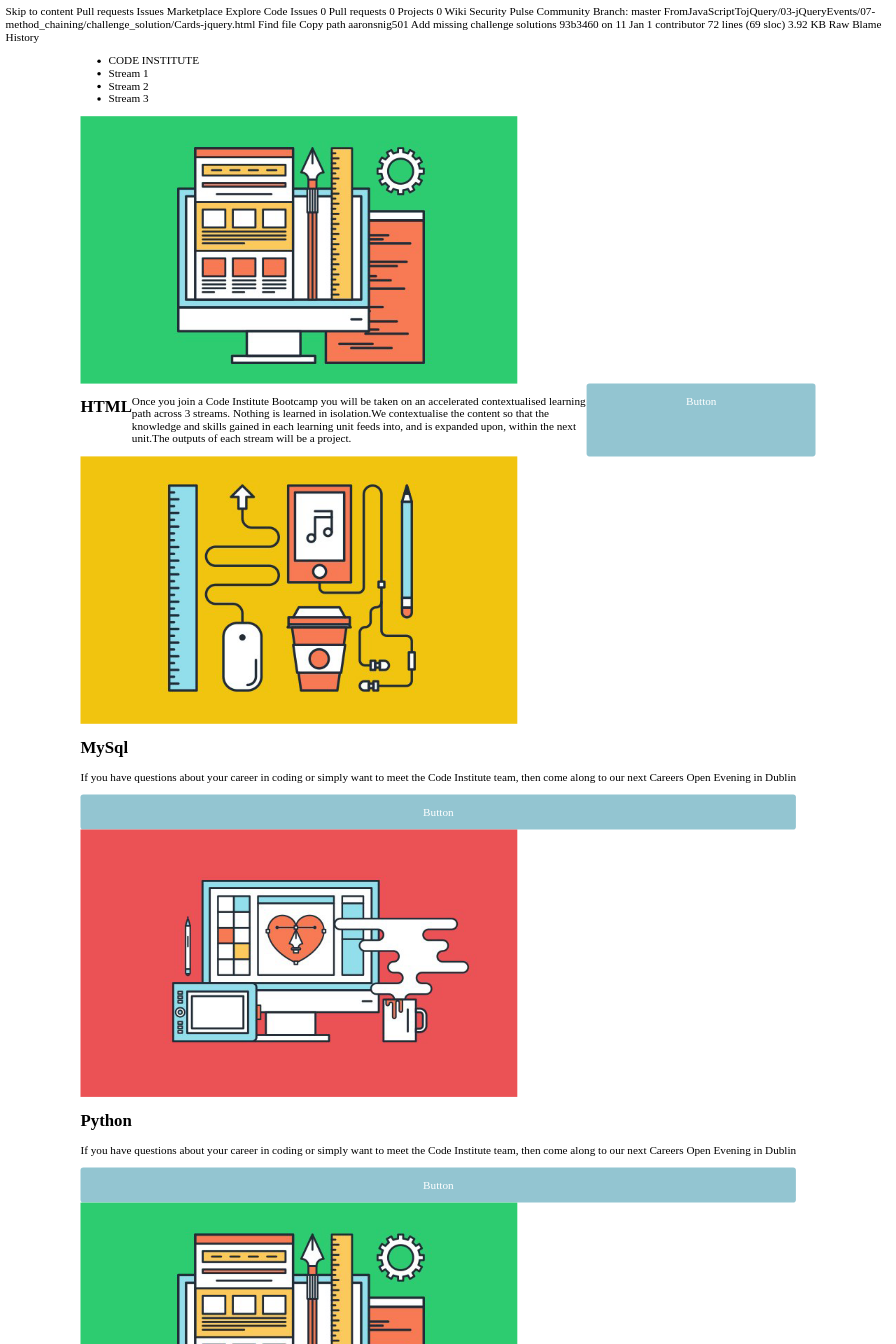
Repository: SOliv1/chaining-methods
Page: index.html
The author's editor kept a record of every edit. The page is drawn from the files as they stood at one moment, then again after the next edit.
The browser window is 1280 px wide. The pictures show the part of the page from y = 0 to 1920 px (the page is 3363 px tall before and 3865 px after), at 70% of full size.
Some web libraries are served in a nearby version.

Above is the page before.

### index.html
Skip to content



Pull requests
Issues
Marketplace
Explore






Code Issues 0 Pull requests 0 Projects 0 Wiki Security Pulse Community
Branch: master
FromJavaScriptTojQuery/03-jQueryEvents/07-method_chaining/challenge_solution/Cards-jquery.html
Find file
Copy path
 aaronsnig501 Add missing challenge solutions
93b3460 on 11 Jan
1 contributor
72 lines (69 sloc) 3.92 KB
Raw
Blame
History


<!doctype html>

<html lang="en">

<head>

	<meta charset="utf-8">

	<meta name="viewport" content="width=device-width, initial-scale=1">

	<title>jQuery</title>

	<link href="css/style.css" rel="stylesheet">

	<link href='https://fonts.googleapis.com/css?family=Roboto' rel='stylesheet' type='text/css'>

	<link href='https://fonts.googleapis.com/css?family=Dosis' rel='stylesheet' type='text/css'>

</head>

<body>

	<div id="container">

		<nav>

			<ul>

				<li id="logoNav">CODE INSTITUTE</li>

				<li id="stream1_btn">Stream 1</li>

				<li id="stream2_btn">Stream 2</li>

				<li id="stream3_btn">Stream 3</li>

			</ul>

		</nav>

		<div class="card stream1-card">

			<img class="card_image"src="img/3.png" alt="HTML logo">

			<div class="card_bottom">

				<h2 class="card_head">HTML</h2>

				<p class="card_para">Once you join a Code Institute Bootcamp you will be taken on an accelerated contextualised learning path across 3 streams. Nothing is learned in isolation.We contextualise the content so that the knowledge and skills gained in each learning unit feeds into, and is expanded upon, within the next unit.The outputs of each stream will be a project. </p>

				<a href="" class="bottom_button makeRed">Button</a>

			</div>

		</div>

		<div class="card stream3-card">

			<img class="card_image "src="img/1.png" alt="MySql logo">

			<h2 class="card_head">MySql</h2>

			<p class="card_para">If you have questions about your career in coding or simply want to meet the Code Institute team, then come along to our next Careers Open Evening in Dublin</p>

			<a href="" class="bottom_button makeRed">Button</a>

		</div>



		<div class="card stream2-card">

			<img class="card_image "src="img/2.png" alt="Python logo">

			<h2 class="card_head">Python</h2>

			<p class="card_para">If you have questions about your career in coding or simply want to meet the Code Institute team, then come along to our next Careers Open Evening in Dublin</p>

			<a href="" class="bottom_button makeRed">Button</a>

		</div>

		<div class="card stream1-card">

			<img class="card_image"src="img/3.png" alt="jQuery logo">

			<div class="card_bottom">

				<h2 class="card_head">jQuery</h2>

				<p class="card_para">Once you join a Code Institute Bootcamp you will be taken on an accelerated contextualised learning path across 3 streams. Nothing is learned in isolation.We contextualise the content so that the knowledge and skills gained in each learning unit feeds into, and is expanded upon, within the next unit.The outputs of each stream will be a project. </p>

				<a href="" class="bottom_button makeRed">Button</a>

			</div>

		</div>

		<div class="card stream3-card">

			<img class="card_image"src="img/4.png" alt="Django logo">

			<h2 class="card_head">Django</h2>

			<p class="card_para">The syllabus has been developed to help you transform your career. The summarised syllabus, below, provides you with a snapshop of what skills you will come away with. Feel free to contact us for more detail on what you will learn.</p>

			<a href="" class="bottom_button makeRed">Button</a>

		</div>

		<div class="card stream1-card">

			<img class="card_image"src="img/1.png" alt="CSS logo">

			<h2 class="card_head">CSS</h2>

			<p class="card_para">The syllabus has been developed to help you transform your career. The summarised syllabus, below, provides you with a snapshop of what skills you will come away with. Feel free to contact us for more detail on what you will learn.</p>

			<a href="" class="bottom_button makeRed">Button</a>

		</div>

		<div id="my_footer">

			<p id="copyright">Copyright Infomation</p>

		</div>

	</div>

	<!-- Scripts located at the bottom of the body to insure page is fully loaded before execution -->

	<script src="https://code.jquery.com/jquery-3.2.1.js" integrity="sha256-DZAnKJ/6XZ9si04Hgrsxu/8s717jcIzLy3oi35EouyE=" crossorigin="anonymous"></script>
	<script src="js/script.js"></script> <!-- Scripts located at the bottom of the body to insure page is fully loaded before execution -->

</body>
</html>

### css/style.css
#container

{
	display: flex;		/* makes container a flexbox*/
	flex-flow: row wrap; 	/* layout the boxes in rows and wrap them*/
	box-sizing:border-box;
	margin-right:auto;
	margin-left:auto;
	max-width:1050px;
}

.bottom_button{
	display: flex;
	box-sizing:border-box;
	border-radius: 4px;
	display: block;
	width: 100%;
	background-color:rgba(129, 187, 201,.85);
	text-align: center;
	padding: 1em .75em;
	text-decoration: none;
	color: #fff;

}

.card_bottom{
	display: flex;
	flex-flex:column;
}

.c	flex:1; /* */
	display: flex;	/* make the contents controllable by flexbox*/
	flex-flow:column;	/* */
	max-width: 240px; /**/
	margin: 10px;



	padding: 20px;



	background-color: #fff;



}











/*************************



Navigation







**************************/

### js/script.js
$(document).ready(function() {
 //
$(document).ready(function() {


 	$("#stream1_btn").on("click", function() {
 		$(".stream1").removeClass('highlight_stream');
		$(".stream2").removeClass('highlight_stream');
		$(".stream3").removeClass('highlight_stream');
	  	$(".stream1").addClass('highlight_stream');
	});

	$("#stream2_btn").on("click", function() {
		$(".stream1").removeClass('highlight_stream');
		$(".stream2").removeClass('highlight_stream');
		$(".stream3").removeClass('highlight_stream');
	  	$(".stream2").addClass('highlight_stream');
	});

	$("#stream3_btn").on("click", function() {
		$(".stream1").removeClass('highlight_stream');
		$(".stream2").removeClass('highlight_stream');
		$(".stream3").removeClass('highlight_stream');
	  	$(".stream3").addClass('highlight_stream');
	});



	//removes class makeRed, adds class makeBorder on mouseenter

	$("button").mouseenter(function(){

		$(this).removeClass("makeRed").addClass("makeBorder");

	});



	$("button").mouseleave(function(){

		$("button").removeClass("makeBorder").addClass("makeRed");

	});



});


 // add your jQuery code here

});

After the next edit:
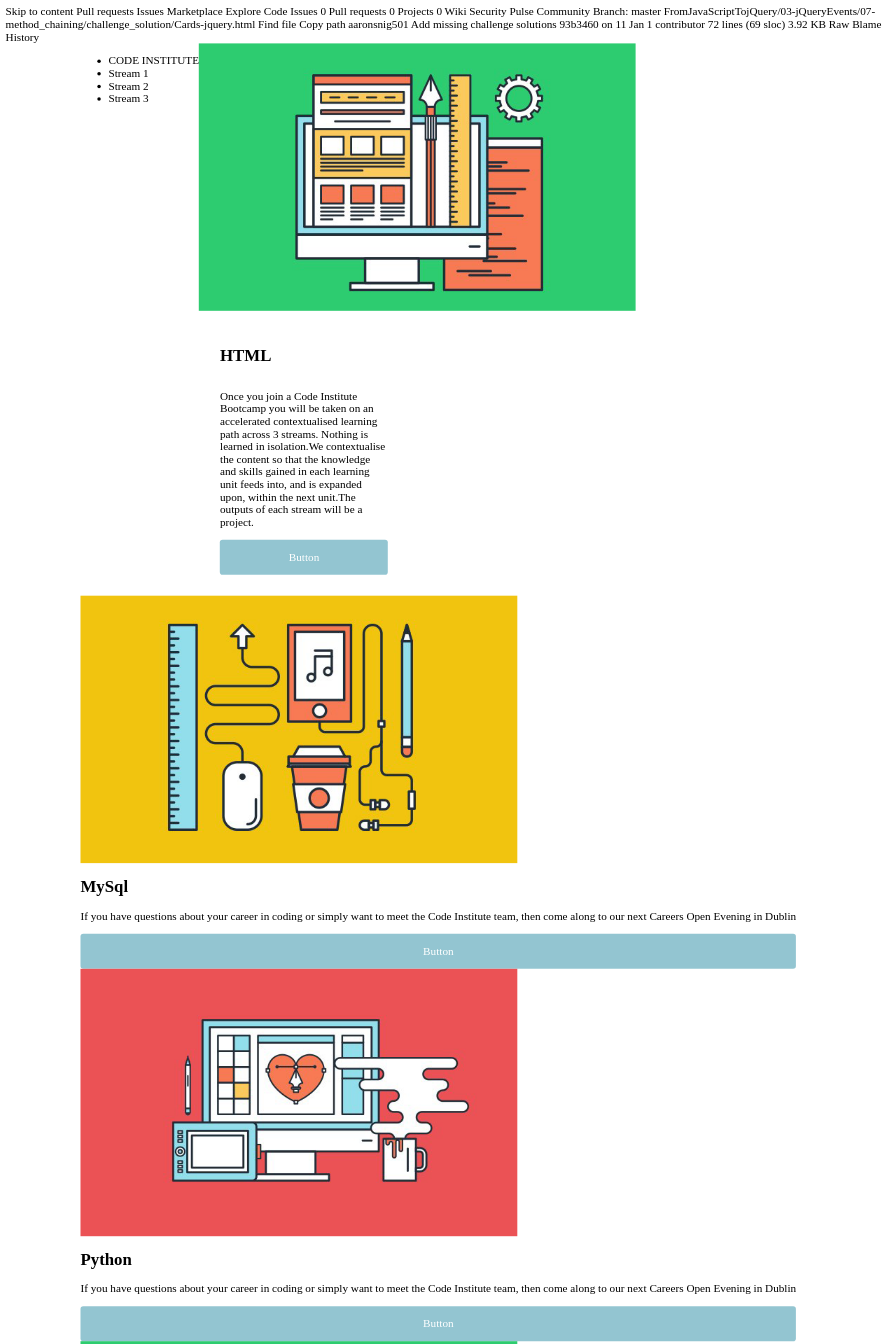
The edit:
--- a/css/style.css
+++ b/css/style.css
@@ -28,7 +28,8 @@
 	flex-flex:column;
 }
 
-.c	flex:1; /* */
+.card_bottom{
+	flex:1; /* */
 	display: flex;	/* make the contents controllable by flexbox*/
 	flex-flow:column;	/* */
 	max-width: 240px; /**/
